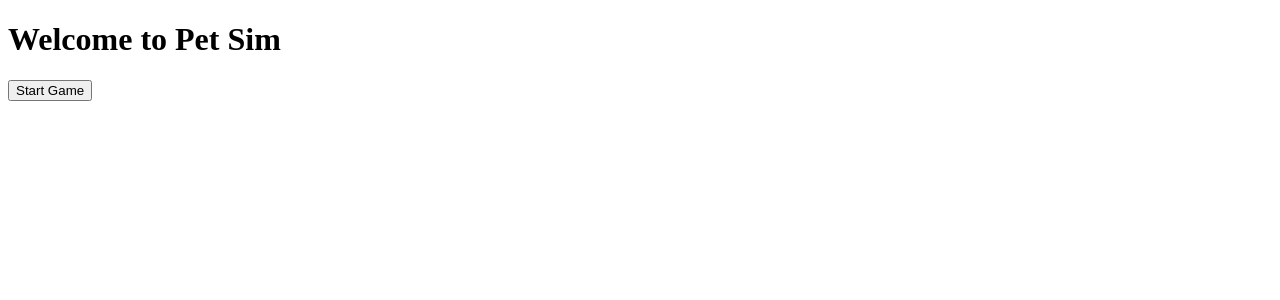
Repository: sarahjx/CapyCare
Page: landingpage.html
The author's editor kept a copy of each file at every save. The page is drawn from the files as they stood at one save, then again after the next save.
The browser window is 1280 px wide. The pictures show the whole page.

Above is the page before, as saved 2025-04-18 00:09:58.

### landingpage.html
<!DOCTYPE html>
<html lang="en">
<head>
    <meta charset="UTF-8">
    <meta name="viewport" content="width=device-width, initial-scale=1.0">
    <title></title>
    <link rel="preconnect" href="https://fonts.googleapis.com">
<link rel="preconnect" href="https://fonts.gstatic.com" crossorigin>
<link href="https://fonts.googleapis.com/css2?family=Fredoka:wght@300..700&display=swap" rel="stylesheet">
</head>
<body>
    <h1>Welcome to Pet Sim</h1>
    <button id="start-button">Start Game</button>
</body>
</html>

After the next save:
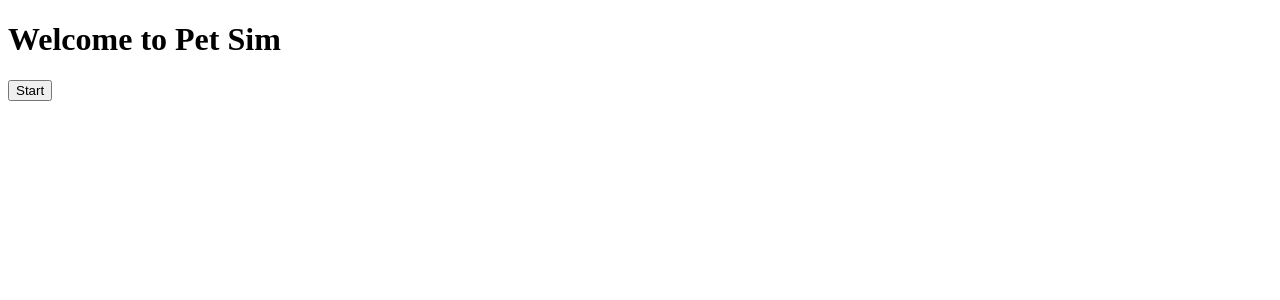
Saved 5 s later.
--- a/landingpage.html
+++ b/landingpage.html
@@ -10,6 +10,6 @@
 </head>
 <body>
     <h1>Welcome to Pet Sim</h1>
-    <button id="start-button">Start Game</button>
+    <button id="start-button">Start</button>
 </body>
 </html>
